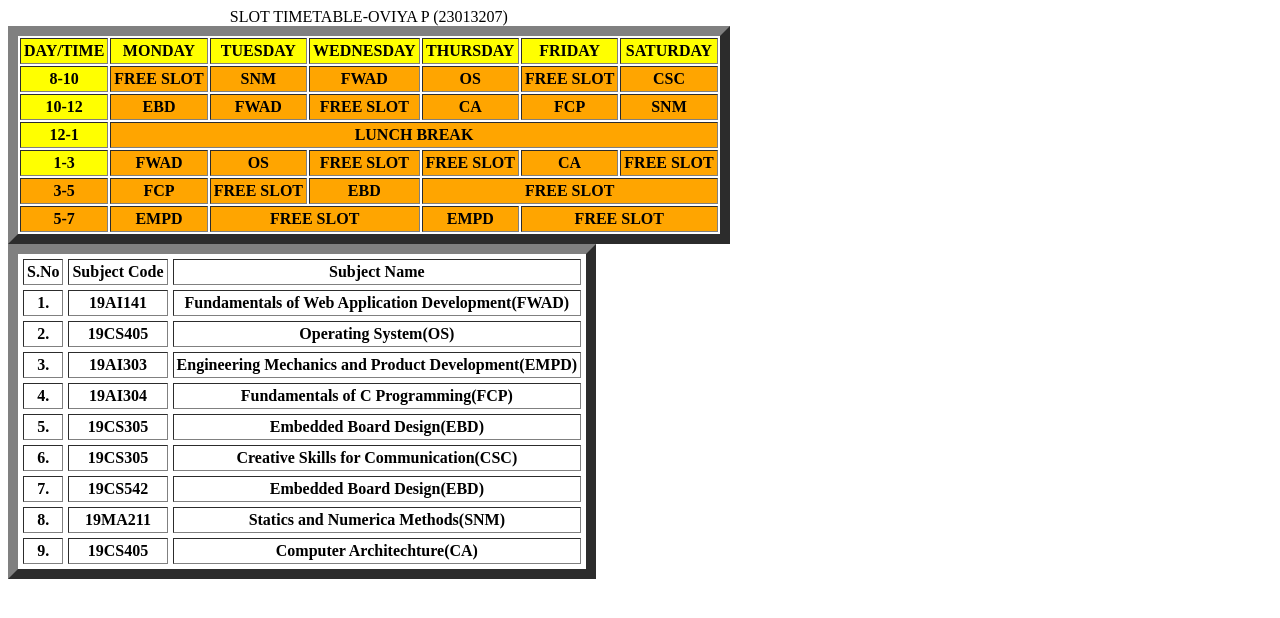
Repository: Oviya24032K6/slot
Page: oviya/static/time.html
An editor plug-in stored every save of this project. The page is shown before and after the next save, followed by the edit.
The browser window is 1280 px wide. The pictures show the whole page.

Above is the page before, as saved 2024-03-15 20:37:46.

After the next save:
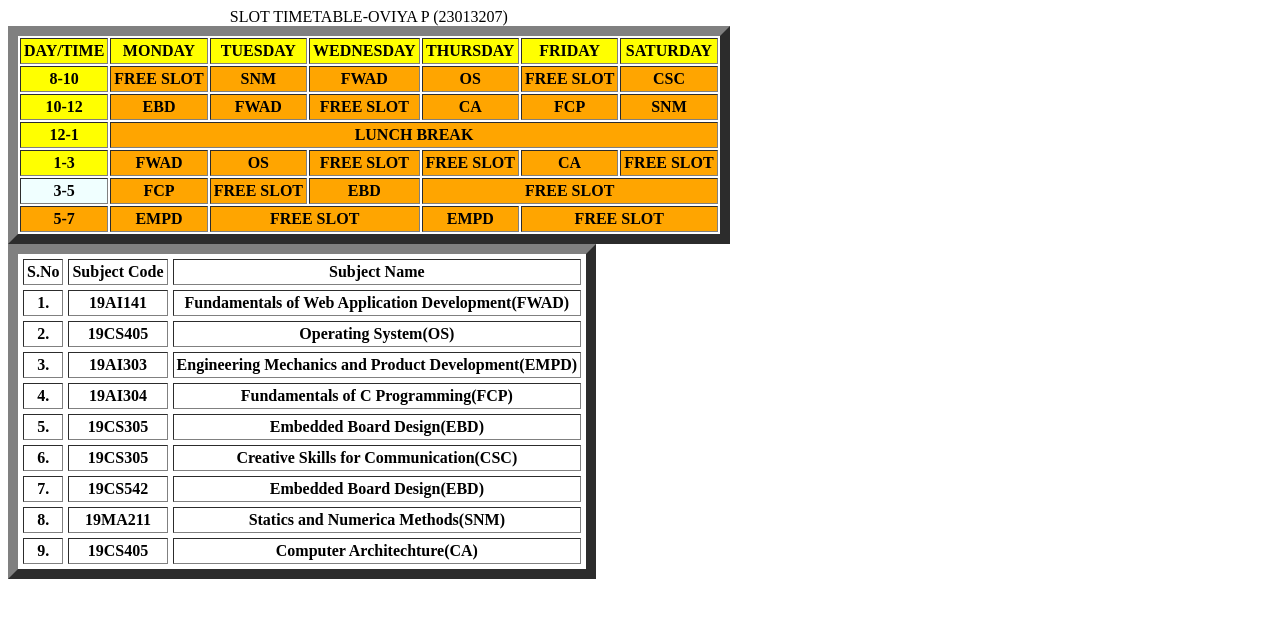
Saved 45 s later.
--- a/oviya/static/time.html
+++ b/oviya/static/time.html
@@ -46,7 +46,7 @@
             <th bgcolor="orange">FREE SLOT</th>
         </tr>
         <tr>
-            <th bgcolor="orange">3-5</th>
+            <th bgcolor="azure">3-5</th>
             <th bgcolor="orange">FCP</th>
             <th bgcolor="orange">FREE SLOT</th>
             <th bgcolor="orange">EBD</th>
